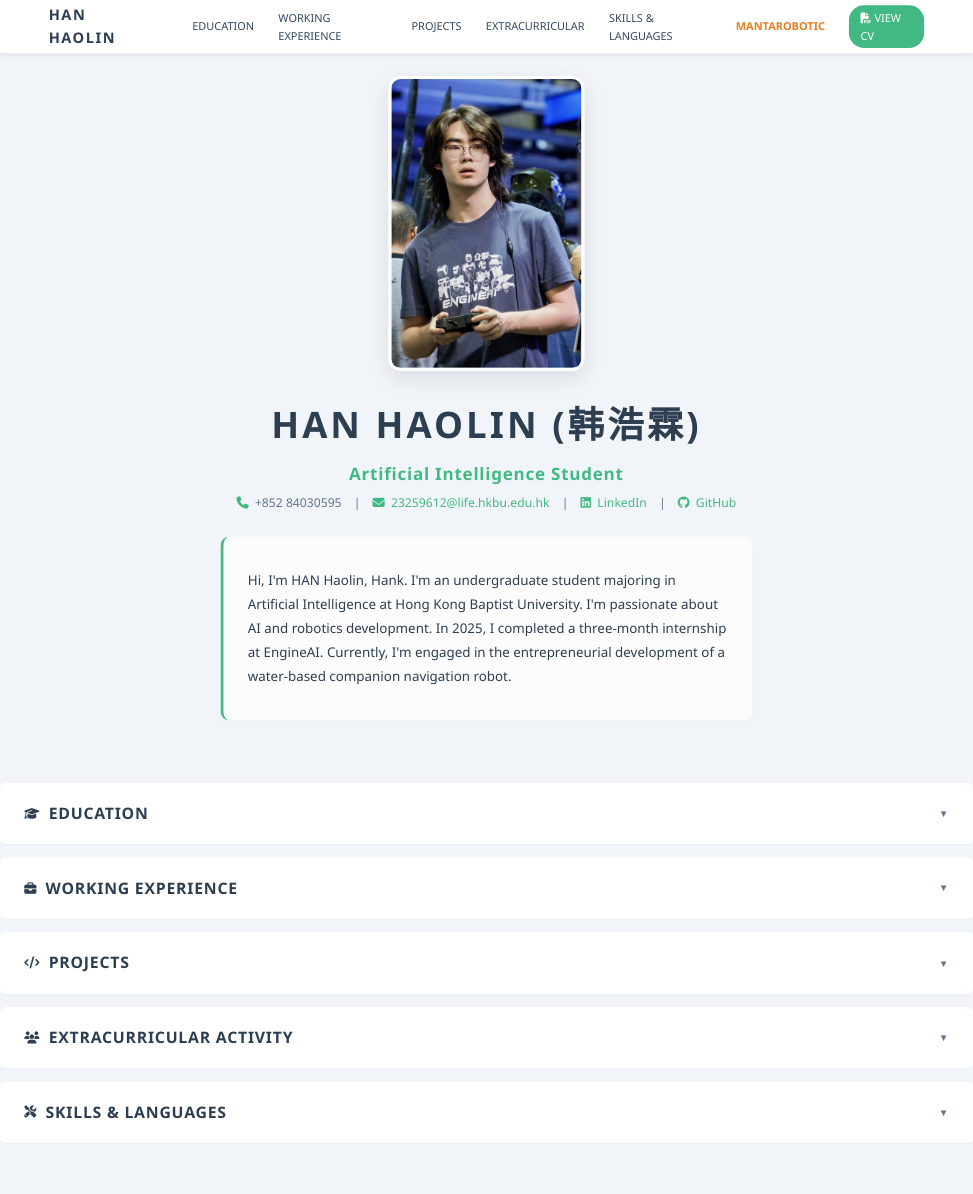
Repository: hhl2802149944-afk/hhl2802149944-afk.github.io
Page: /
An editor plug-in stored every save of this project. The page is shown before and after the next save, followed by the edit.
The browser window is 1280 px wide. The pictures show the whole page, at 76% of full size.
The project was rebuilt for these pictures with package versions that can differ from the ones it lists, and the page was loaded fresh each time. Also part of the build but not shown: vite.config.js, src/components/ProjectCard.vue, src/views/MantaRoboticView.vue.

Above is the page before, as saved 2026-01-22 11:28:54.

After the next save:
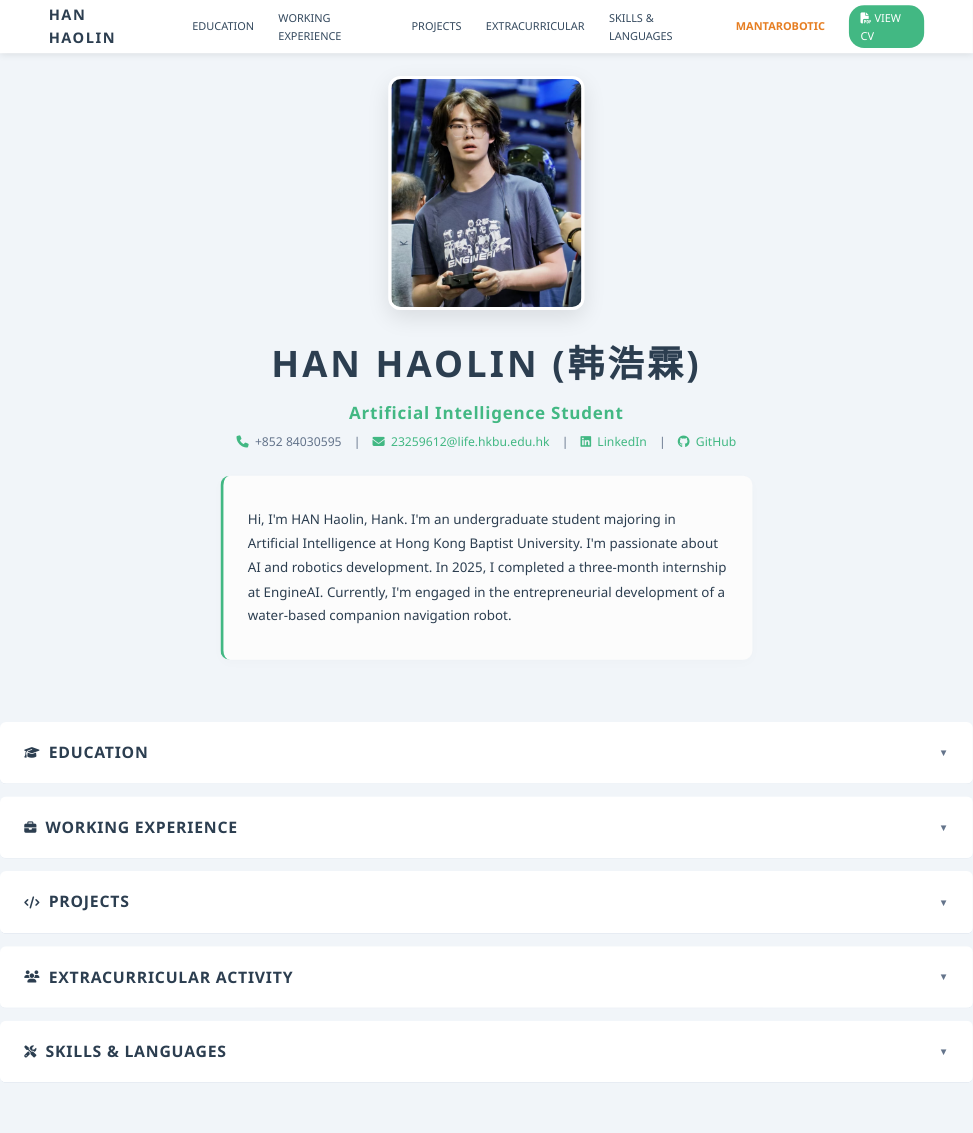
Saved 5 s later.
--- a/src/components/ResumeHeader.vue
+++ b/src/components/ResumeHeader.vue
@@ -96,7 +96,7 @@ h1 {
 
 .profile-pic-container {
   width: 250px;
-  height: 380px;
+  height: 300px;
   border-radius: 16px;
   overflow: hidden;
   box-shadow: 0 10px 30px rgba(0,0,0,0.1);
